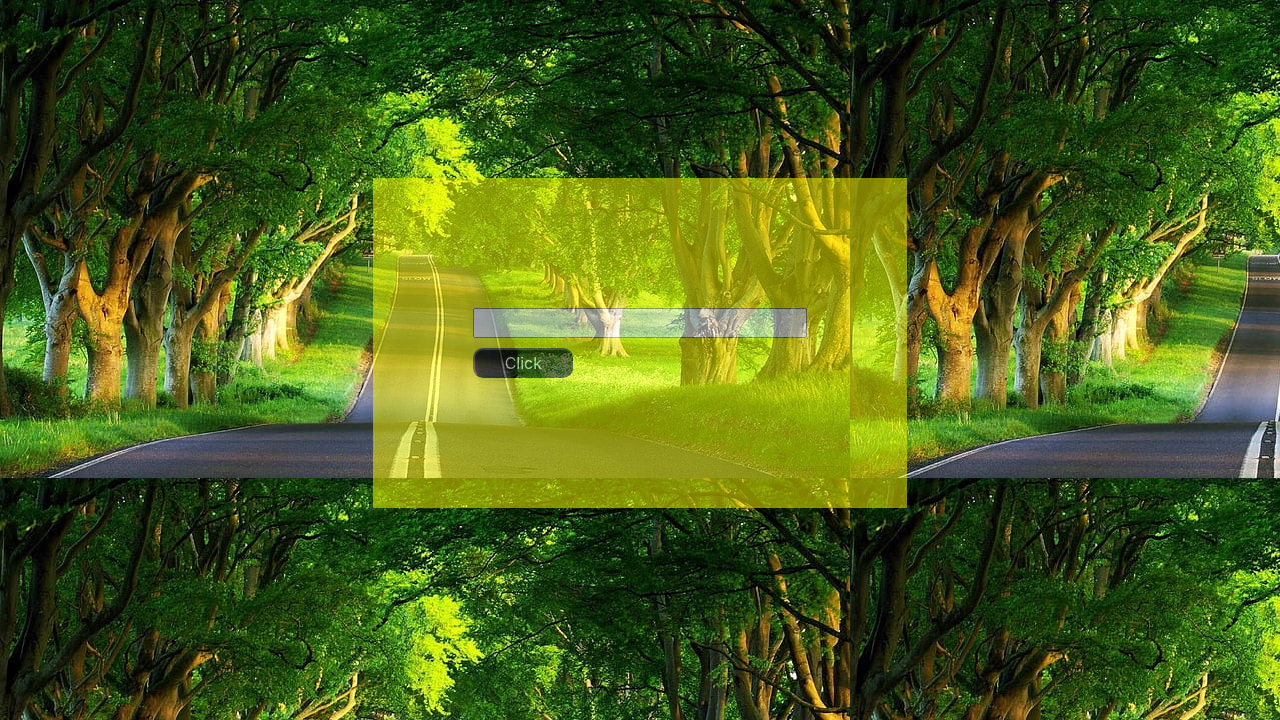
Repository: prashantkumarbind/Hospital-Weather-Concept
Page: http://localhost/weather-app/
An editor plug-in stored every save of this project. The page is shown before and after the next save, followed by the edit.
The browser window is 1280 px wide. The pictures show the whole page.
The page is served by Tomcat 9.

Above is the page before, as saved 2024-01-19 07:30:21.

After the next save:
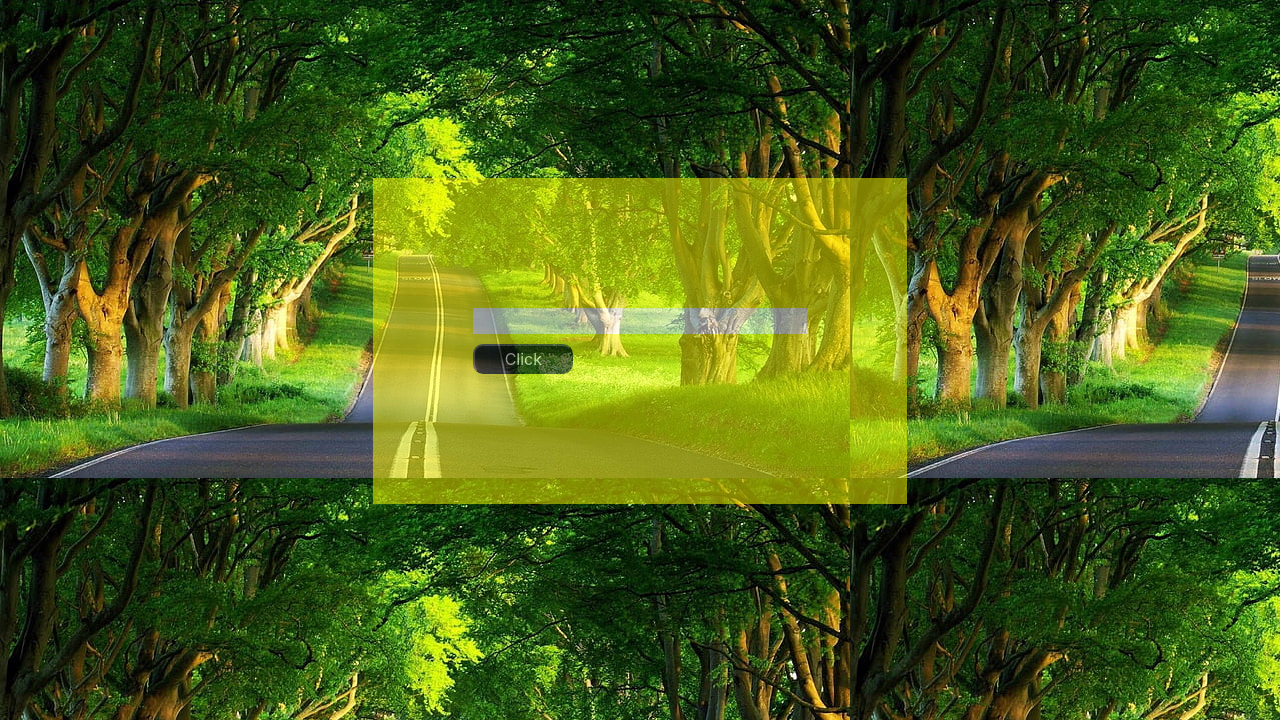
Saved 36 s later.
--- a/weather-app/src/main/webapp/index.jsp
+++ b/weather-app/src/main/webapp/index.jsp
@@ -28,7 +28,9 @@
 		width:100px;
 		border-radius:10px;
 	}
-
+	.text-design{
+		border:none;
+	}
 </style>
 </head>
 <body>
@@ -39,7 +41,7 @@
 					<div class="col-5 form controller ">
 						<form action="FormDataController" method="Post">
 							 <div class="form-design">
-							 	<input class="w-100" type="text" name="city_name" class="">
+							 	<input class="w-100 text-design" type="text" name="city_name" class="">
 							 	<input class="button-design" type="submit" value="Click">
 							 </div>
 						</form>
